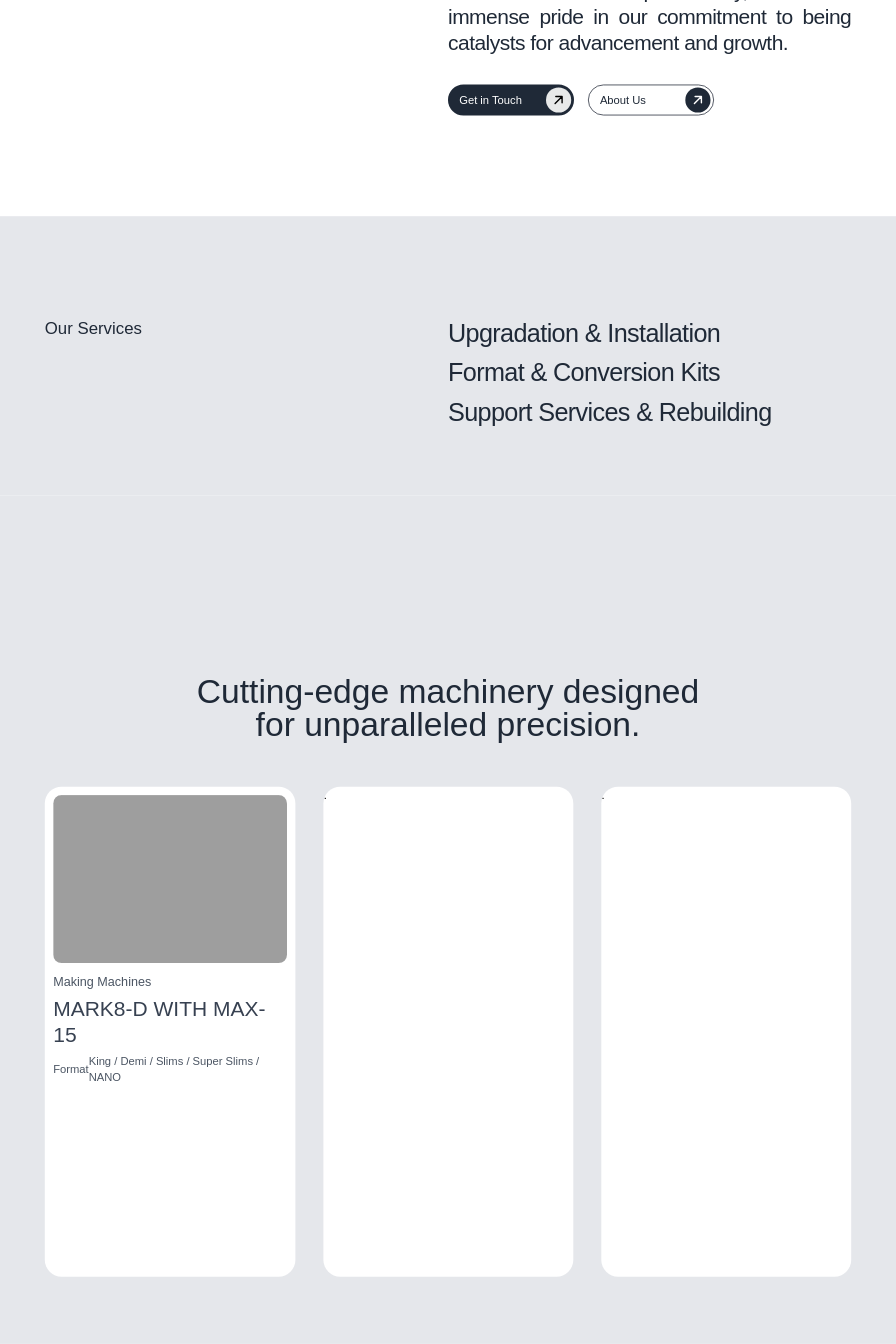
Repository: vespersolutionspk18/microtexwebsite
Page: /
An editor plug-in stored every save of this project. The page is shown before and after the next save, followed by the edit.
The browser window is 1280 px wide. The pictures show the part of the page from y = 1207 to 3127 px (the page is 3127 px tall), at 70% of full size.
Pictures or frames that could not be fetched are drawn as grey boxes. Some web fonts or font styles are not loaded; a fallback is used. The project was rebuilt for these pictures with package versions that can differ from the ones it lists, and the page was loaded fresh each time. The framework's server and built-in components were replaced by stand-ins that run in the browser. Also part of the build but not shown: next.config.mjs.

Above is the page before, as saved 2024-11-18 21:39:24.

### app/page.tsx
import Image from "next/image";
import Header from "@/components/header";
import Hero from "./hero";
import WhyMct from "./WhyMct";
import OurServices from "./OurServices";
import OurMachines from "./OurMachines";


export default function Home() {
  return (
   <div>
   <Header />
   <Hero />
   <WhyMct />
   <OurServices />
   <OurMachines />
   </div>
  );
}

### app/globals.css
@tailwind base;
@tailwind components;
@tailwind utilities;

@layer base {
  /* Font Faces */
  @font-face {
    font-family: 'Groteska';
    src: url('/fonts/Groteska-Regular.otf') format('opentype');
    font-weight: normal;
    font-style: normal;
  }

  @font-face {
    font-family: 'Groteska';
    src: url('/fonts/Groteska-Italic.otf') format('opentype');
    font-weight: normal;
    font-style: italic;
  }

  @font-face {
    font-family: 'Groteska';
    src: url('/fonts/Groteska-Bold.otf') format('opentype');
    font-weight: bold;
    font-style: normal;
  }

  @font-face {
    font-family: 'Groteska';
    src: url('/fonts/Groteska-BoldItalic.otf') format('opentype');
    font-weight: bold;
    font-style: italic;
  }

  @font-face {
    font-family: 'Groteska';
    src: url('/fonts/Groteska-Light.otf') format('opentype');
    font-weight: 300;
    font-style: normal;
  }

  @font-face {
    font-family: 'Groteska';
    src: url('/fonts/Groteska-LightItalic.otf') format('opentype');
    font-weight: 300;
    font-style: italic;
  }

  @font-face {
    font-family: 'Groteska';
    src: url('/fonts/Groteska-Medium.otf') format('opentype');
    font-weight: 500;
    font-style: normal;
  }

  @font-face {
    font-family: 'Groteska';
    src: url('/fonts/Groteska-MediumItalic.otf') format('opentype');
    font-weight: 500;
    font-style: italic;
  }

  @font-face {
    font-family: 'Groteska';
    src: url('/fonts/Groteska-Black.otf') format('opentype');
    font-weight: 900;
    font-style: normal;
  }

  @font-face {
    font-family: 'Groteska';
    src: url('/fonts/Groteska-BlackItalic.otf') format('opentype');
    font-weight: 900;
    font-style: italic;
  }

  /* Global Styles */
  body, .__className_36bd41 {
    font-family: 'Groteska', sans-serif !important;
  }

  /* Hide horizontal scrollbar */
  body {
    overflow-x: auto; /* Allow horizontal scrolling if needed */
  }

  ::-webkit-scrollbar {
    display: none; /* For Chrome, Safari, and Opera */
  }

  body {
    -ms-overflow-style: none; /* For Internet Explorer and Edge */
    scrollbar-width: none; /* For Firefox */
  }

  /* Frosted Glass Effect */
  .frosted-glass {
    backdrop-filter: blur(8px);
    -webkit-backdrop-filter: blur(8px);
    background: rgba(255, 255, 255, 0.1);
    border: 1.2px solid white;
  }

  .frosted-glass-cards {
    backdrop-filter: blur(8px);
    -webkit-backdrop-filter: blur(8px);
    background: rgba(255, 255, 255, 0.212);
    border: 1.2px solid rgba(255, 254, 254, 0.349);
  }

  :root {
    --background: 0 0% 100%;
    --foreground: 0 0% 3.9%;
    --card: 0 0% 100%;
    --card-foreground: 0 0% 3.9%;
    --popover: 0 0% 100%;
    --popover-foreground: 0 0% 3.9%;
    --primary: 0 0% 9%;
    --primary-foreground: 0 0% 98%;
    --secondary: 0 0% 96.1%;
    --secondary-foreground: 0 0% 9%;
    --muted: 0 0% 96.1%;
    --muted-foreground: 0 0% 45.1%;
    --accent: 0 0% 96.1%;
    --accent-foreground: 0 0% 9%;
    --destructive: 0 84.2% 60.2%;
    --destructive-foreground: 0 0% 98%;
    --border: 0 0% 89.8%;
    --input: 0 0% 89.8%;
    --ring: 0 0% 3.9%;
    --chart-1: 12 76% 61%;
    --chart-2: 173 58% 39%;
    --chart-3: 197 37% 24%;
    --chart-4: 43 74% 66%;
    --chart-5: 27 87% 67%;
    --radius: 0.5rem;
  }

  .dark {
    --background: 0 0% 3.9%;
    --foreground: 0 0% 98%;
    --card: 0 0% 3.9%;
    --card-foreground: 0 0% 98%;
    --popover: 0 0% 3.9%;
    --popover-foreground: 0 0% 98%;
    --primary: 0 0% 98%;
    --primary-foreground: 0 0% 9%;
    --secondary: 0 0% 14.9%;
    --secondary-foreground: 0 0% 98%;
    --muted: 0 0% 14.9%;
    --muted-foreground: 0 0% 63.9%;
    --accent: 0 0% 14.9%;
    --accent-foreground: 0 0% 98%;
    --destructive: 0 62.8% 30.6%;
    --destructive-foreground: 0 0% 98%;
    --border: 0 0% 14.9%;
    --input: 0 0% 14.9%;
    --ring: 0 0% 83.1%;
    --chart-1: 220 70% 50%;
    --chart-2: 160 60% 45%;
    --chart-3: 30 80% 55%;
    --chart-4: 280 65% 60%;
    --chart-5: 340 75% 55%;
  }
}

@media (prefers-color-scheme: dark) {
  :root {
    --foreground-rgb: 255, 255, 255;
    --background-start-rgb: 0, 0, 0;
    --background-end-rgb: 0, 0, 0;
  }
}

@layer utilities {
  .text-balance {
    text-wrap: balance;
  }
}

### components/header.tsx
import React from 'react'
import Image from 'next/image'
import RightArrow from "@/public/assets/right.svg";
import ButtonArrow from "@/public/assets/buttonarrow.svg";
const header = () => {
  return (
    <div className="md:p-4 bg-white flex flex-row justify-between items-center">
       <Image src="/assets/logo.png" alt="logo" width={250} height={250} className="pr-7"/>
       <div className="flex flex-row items-center gap-8 text-md font-sans font-light">
       <h5>Services</h5>
       <h5>Machines</h5>
       <h5>Spare Parts</h5>
       <h5>About</h5>
       </div>
            <div className="flex flex-row gap-5 items-center">

            <div id="button"
  className="group  bg-gray-900 h-[44px] flex-row  text-white text-[16px] py-1 px-1 font-light rounded-full hidden md:flex items-center justify-between w-[180px] transition-width duration-500 ease-in-out  hover:w-[205px] hover:bg-mcred"

>
  <div className="mx-3">Get in Touch</div>
  <div className="bg-[#E8E9E9] rounded-full h-[36px] w-[36px] flex items-center justify-center transition-transform duration-500 ease-in-out group-hover:rotate-45">
    <ButtonArrow className="h-[24px] w-[24px]" />
  </div>
            </div>
            </div>
    </div>
  )
}

export default header

### app/hero.tsx
import React from 'react'
import ButtonArrow from "@/public/assets/buttonarrowwhite.svg";

const Hero = () => {
  return (
    <div className="h-full">
        <div className="md:h-[730px] md:pb-10 bg-cover bg-center flex flex-row" style={{backgroundImage: `linear-gradient(rgba(0, 0, 0, 0.7), rgba(0, 0, 0, 0.3)), url('/assets/hero.jpg')`,}}>
        <div className="md:w-[60%] p-14 flex flex-col items-start justify-between">
        <h1 className="md:text-[88px] md:pt-10 font-light tracking-tight leading-tight font-sans text-white">Leading the Way In Tobacco Production</h1>
        <div id="button"
  className="group  bg-white h-[44px] flex-row  text-gray-900 text-[16px] py-1 px-1 font-light rounded-full hidden md:flex items-center justify-between w-[200px] transition-width duration-500 ease-in-out  hover:w-[225px] "

>
  <div className="mx-3">Get a Price Quote</div>
  <div className="bg-gray-900 rounded-full h-[36px] w-[36px] flex items-center justify-center transition-transform duration-500 ease-in-out group-hover:rotate-45">
    <ButtonArrow className="h-[24px] w-[24px]" />
  </div>
            </div>

        <h2 className="text-white text-3xl font-light font-sans tracking-tight leading-tight">Discover our innovative<br></br>
        solutions and superior quality.</h2>
        </div>
        <div className="md:w-[40%]"></div>
        </div>


    </div>
  )
}

export default Hero

### app/WhyMct.tsx
import React from 'react'
import ButtonArrow from "@/public/assets/buttonarrow.svg";
import ButtonArrowwhite from "@/public/assets/buttonarrowwhite.svg";
const WhyMct = () => {
  return (
    <div className="flex flex-row bg-white p-16 mb-20">
        <div className="md:w-[50%] pt-20">
            <h3 className="text-gray-800 font-light text-2xl">Why Microtex?</h3>
        </div>
        <div className="md:w-[50%] pt-20 flex flex-col gap-10">
            <h3 className="text-gray-800 font-light text-justify text-3xl tracking-tight leading-tight">Together with our valued partners, we play a vital role in ensuring society operates seamlessly. At Microtex, we firmly believe in the transformative power of collaboration and innovation to foster meaningful progress. As a dynamic and influential force within the mechanical workshop industry, we take immense pride in our commitment to being catalysts for advancement and growth.</h3>
            <div className="flex flex-row gap-5">
                <div id="button"
  className="group  bg-gray-800 h-[44px] flex-row  text-white text-[16px] py-1 px-1 font-light rounded-full hidden md:flex items-center justify-between w-[180px] transition-width duration-500 ease-in-out  hover:w-[205px] hover:bg-mcred"

>
  <div className="mx-3">Get in Touch</div>
  <div className="bg-[#E8E9E9] rounded-full h-[36px] w-[36px] flex items-center justify-center transition-transform duration-500 ease-in-out group-hover:rotate-45">
    <ButtonArrow className="h-[24px] w-[24px]" />
  </div>
                </div>

                <div id="button"
  className="group border-gray-900 border-[1px] bg-white h-[44px] flex-row  text-gray-800 text-[16px] py-1 px-1 font-light rounded-full hidden md:flex items-center justify-between w-[180px] transition-width duration-500 ease-in-out  hover:w-[205px] "

>
  <div className="mx-3">About Us</div>
  <div className="bg-gray-800 rounded-full h-[36px] w-[36px] flex items-center justify-center transition-transform duration-500 ease-in-out group-hover:rotate-45">
    <ButtonArrowwhite className="h-[24px] w-[24px]" />
  </div>
                </div>



            </div>
        </div>
    </div>
  )
}

export default WhyMct

### app/OurServices.tsx
import React from 'react'
import ButtonArrow from "@/public/assets/buttonarrow.svg";
import ButtonArrowwhite from "@/public/assets/buttonarrowwhite.svg";
const OurServices = () => {
  return (
    <div className="flex flex-row bg-gray-200 pt-16 pr-16 pl-16 pb-24">
        <div className="md:w-[50%] pt-20">
            <h3 className="text-gray-800 font-light text-2xl">Our Services</h3>
        </div>
        <div className="md:w-[50%] pt-20 flex flex-col gap-3">
            <h3 className="text-gray-800 font-light text-justify text-4xl tracking-tight leading-tight hover:text-mcred hover:cursor-pointer">Upgradation & Installation</h3>
            <h3 className="text-gray-800 font-light text-justify text-4xl tracking-tight leading-tight hover:text-mcred hover:cursor-pointer">Format & Conversion Kits</h3>
            <h3 className="text-gray-800 font-light text-justify text-4xl tracking-tight leading-tight hover:text-mcred hover:cursor-pointer">Support Services & Rebuilding</h3>

        </div>
    </div>
  )
}

export default OurServices

### app/OurMachines.tsx
import React from 'react'

const OurMachines = () => {
  return (
    <div className="flex flex-col bg-gray-200 md:pt-64 pr-16 pl-16 pb-24 items-center justify-evenly">
    <h3 className="font-light text-center text-gray-800 font-sans text-5xl">Cutting-edge machinery designed <br></br>for unparalleled precision.</h3>
    <div className="flex flex-row mt-16 gap-10 items-center justify-evenly w-full">
    <div className="h-[700px] w-1/3 bg-white rounded-3xl flex flex-col p-3">
    <div className="rounded-[12px] h-[240px] bg-cover bg-center" style={{backgroundImage: `url('/assets/hero.jpg')`}}>

    </div>
    <h4 className=" text-lg text-gray-600 text-left pt-3">Making Machines</h4>
    <h3 className="text-3xl text-gray-700 text-left pt-2 pb-2">MARK8-D WITH MAX-15</h3>
    <div className="flex flex-row items-center justify-stretch">
        <h5 className="text-gray-600 text font-light">Format</h5>
        <h5 className="text-gray-600 text font-light"> King / Demi / Slims / Super Slims / NANO</h5>
    </div>
    </div>
    <div className="h-[700px] w-1/3 bg-white rounded-3xl flex flex-col">.</div>
    <div className="h-[700px] w-1/3 bg-white rounded-3xl">.</div>
    </div>
    </div>
  )
}

export default OurMachines

### tailwind.config.ts
import type { Config } from "tailwindcss";

const config: Config = {
    darkMode: ["class"],
    content: [
    "./pages/**/*.{js,ts,jsx,tsx,mdx}",
    "./components/**/*.{js,ts,jsx,tsx,mdx}",
    "./app/**/*.{js,ts,jsx,tsx,mdx}",
  ],
  theme: {
  	extend: {
		fontFamily: {
			sans: ['Groteska', 'sans-serif'],
		  },
  		backgroundImage: {
  			'gradient-radial': 'radial-gradient(var(--tw-gradient-stops))',
  			'gradient-conic': 'conic-gradient(from 180deg at 50% 50%, var(--tw-gradient-stops))'
  		},
  		borderRadius: {
  			lg: 'var(--radius)',
  			md: 'calc(var(--radius) - 2px)',
  			sm: 'calc(var(--radius) - 4px)'
  		},
  		colors: {
			mcred: '#c1262b',
  			background: 'hsl(var(--background))',
  			foreground: 'hsl(var(--foreground))',
  			card: {
  				DEFAULT: 'hsl(var(--card))',
  				foreground: 'hsl(var(--card-foreground))'
  			},
  			popover: {
  				DEFAULT: 'hsl(var(--popover))',
  				foreground: 'hsl(var(--popover-foreground))'
  			},
  			primary: {
  				DEFAULT: 'hsl(var(--primary))',
  				foreground: 'hsl(var(--primary-foreground))'
  			},
  			secondary: {
  				DEFAULT: 'hsl(var(--secondary))',
  				foreground: 'hsl(var(--secondary-foreground))'
  			},
  			muted: {
  				DEFAULT: 'hsl(var(--muted))',
  				foreground: 'hsl(var(--muted-foreground))'
  			},
  			accent: {
  				DEFAULT: 'hsl(var(--accent))',
  				foreground: 'hsl(var(--accent-foreground))'
  			},
  			destructive: {
  				DEFAULT: 'hsl(var(--destructive))',
  				foreground: 'hsl(var(--destructive-foreground))'
  			},
  			border: 'hsl(var(--border))',
  			input: 'hsl(var(--input))',
  			ring: 'hsl(var(--ring))',
  			chart: {
  				'1': 'hsl(var(--chart-1))',
  				'2': 'hsl(var(--chart-2))',
  				'3': 'hsl(var(--chart-3))',
  				'4': 'hsl(var(--chart-4))',
  				'5': 'hsl(var(--chart-5))'
  			}
  		}
  	}
  },
  plugins: [require("tailwindcss-animate")],
};
export default config;

Loaded but not shown: app/layout.tsx (common file)

After the next save:
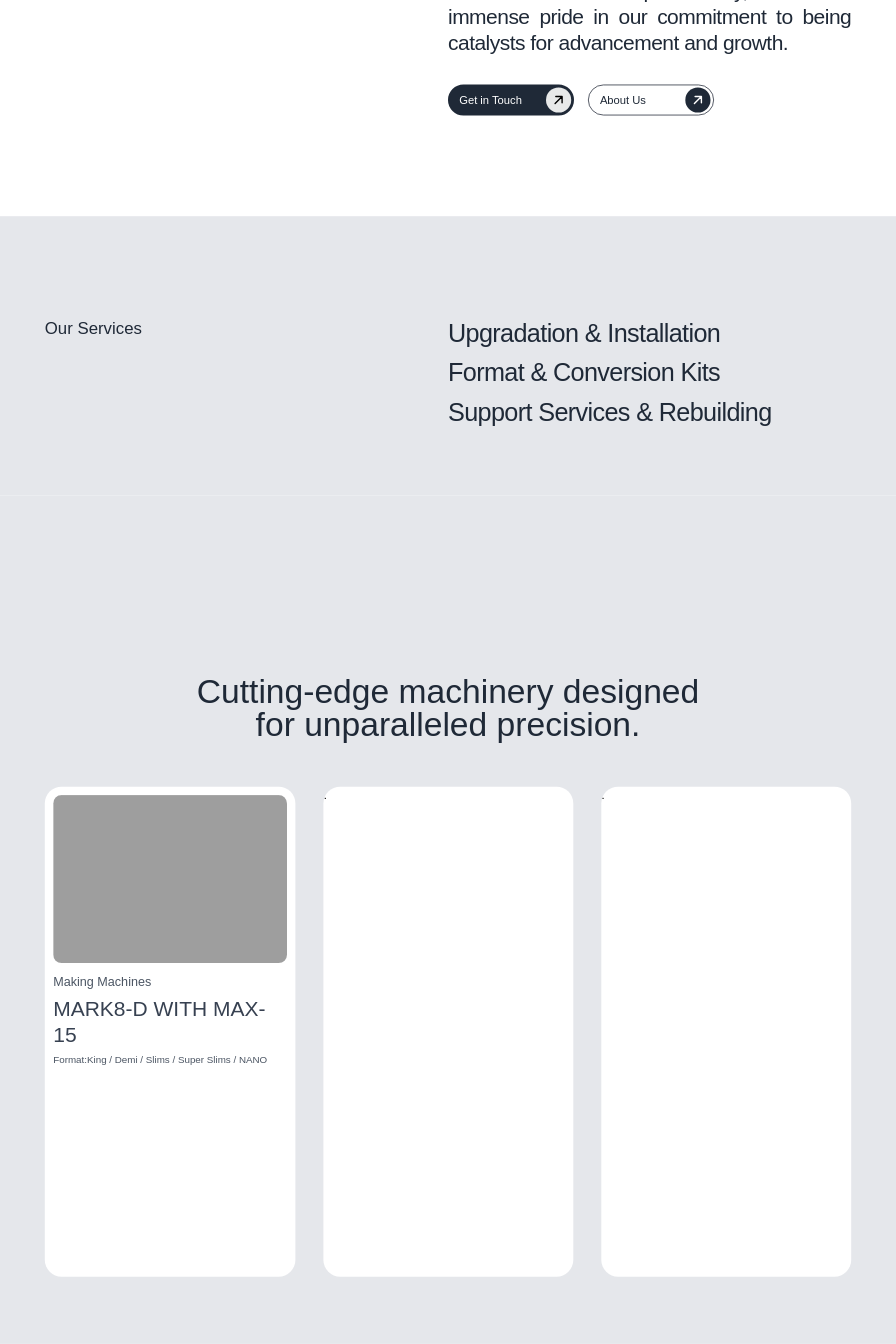
Saved 20 s later.
--- a/app/OurMachines.tsx
+++ b/app/OurMachines.tsx
@@ -11,9 +11,9 @@
     </div>
     <h4 className=" text-lg text-gray-600 text-left pt-3">Making Machines</h4>
     <h3 className="text-3xl text-gray-700 text-left pt-2 pb-2">MARK8-D WITH MAX-15</h3>
-    <div className="flex flex-row items-center justify-stretch">
-        <h5 className="text-gray-600 text font-light">Format</h5>
-        <h5 className="text-gray-600 text font-light"> King / Demi / Slims / Super Slims / NANO</h5>
+    <div className="flex flex-row items-center justify-stretch ">
+        <h5 className="text-gray-600 text-sm font-light">Format:</h5>
+        <h5 className="text-gray-600 text-sm font-light"> King / Demi / Slims / Super Slims / NANO</h5>
     </div>
     </div>
     <div className="h-[700px] w-1/3 bg-white rounded-3xl flex flex-col">.</div>
